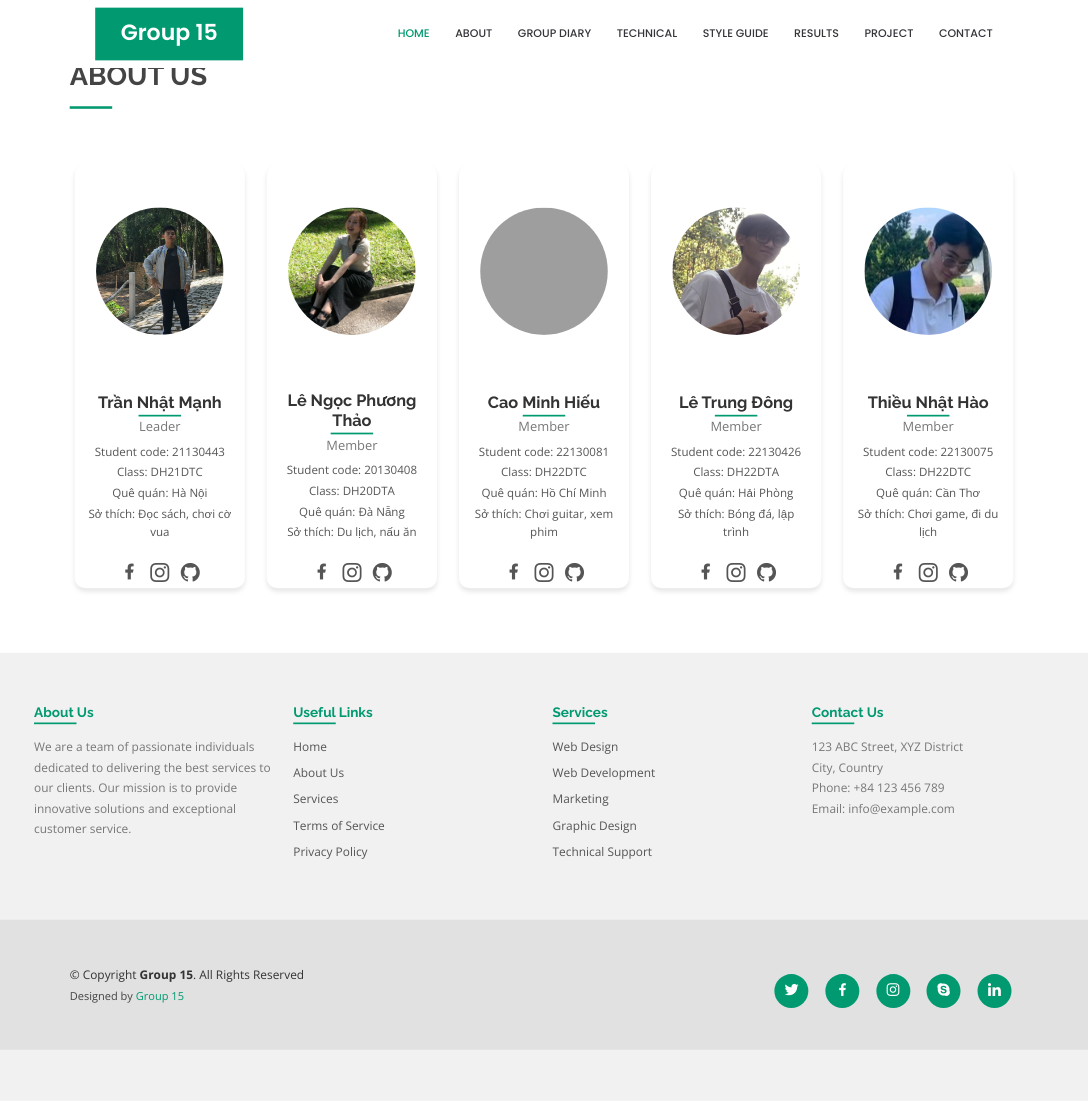
Repository: HoangKhangKhuPho4/Group_Web
Page: about.html
An editor plug-in stored every save of this project. The page is shown before and after the next save, followed by the edit.
The browser window is 1280 px wide. The pictures show the whole page, at 85% of full size.
Pictures or frames that could not be fetched are drawn as grey boxes.

Above is the page before, as saved 2024-10-19 23:29:09.

After the next save:
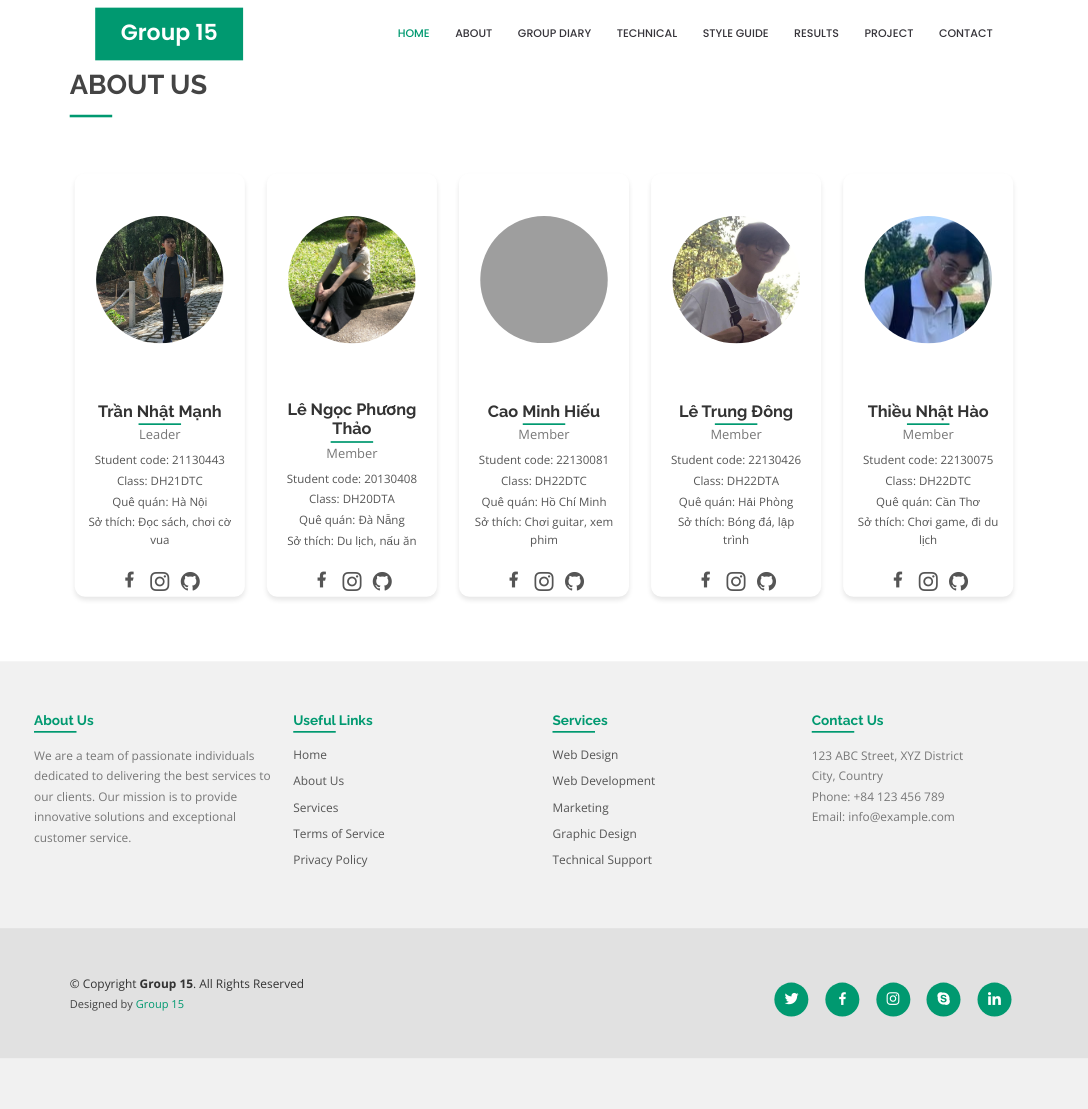
Saved 2 min 9 s later.
--- a/about.html
+++ b/about.html
@@ -219,7 +219,7 @@
 
         /* Main content adjustment */
         #main {
-            padding-top: 70px; /* Adjust to the navbar's height */
+            padding-top: 80px; /* Adjust to the navbar's height */
         }
 
         /* Ensure About Us section doesn't have conflicting margins */
